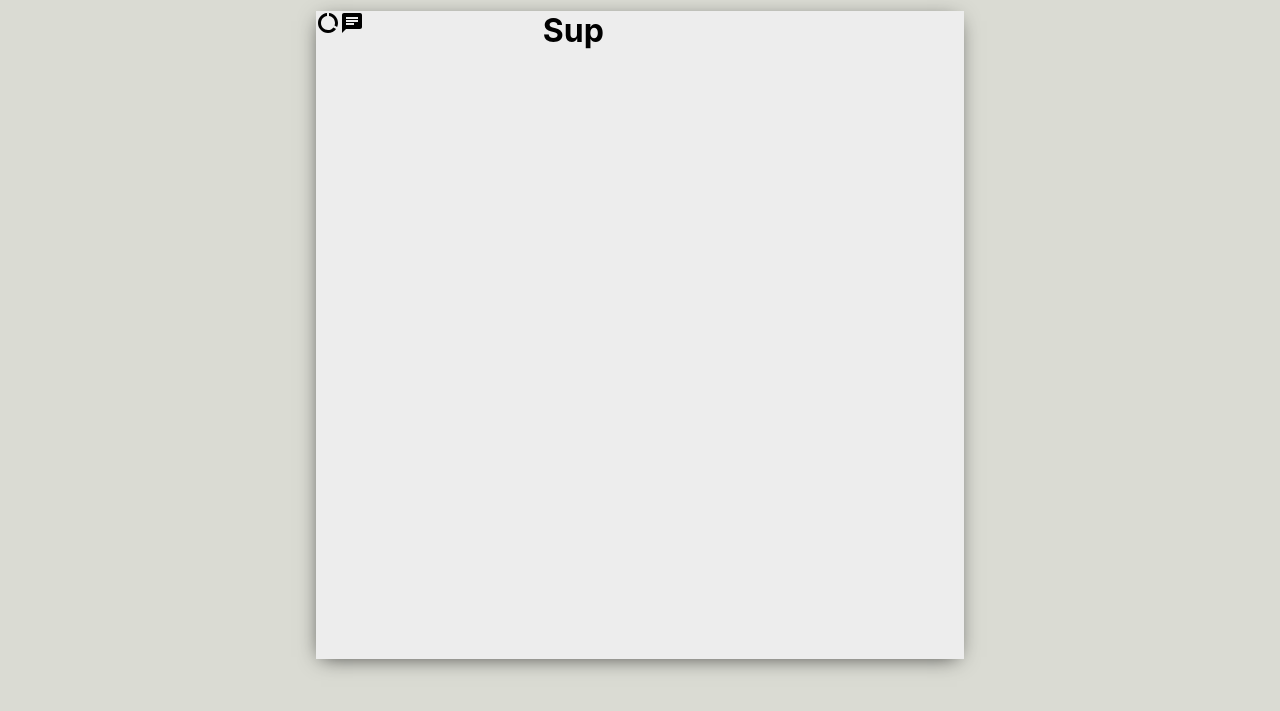
Repository: SayedJamil/WhatsappClone
Page: /
An editor plug-in stored every save of this project. The page is shown before and after a run of saves, followed by the edit.
The browser window is 1280 px wide. The pictures show the whole page.
The project was rebuilt for these pictures with package versions that can differ from the ones it lists, and the page was loaded fresh each time.

Above is the page before, as saved 2021-06-22 22:54:01.

### src/App.js
import React from 'react';
import './App.css';
import Sidebar from './Sidebar';
import Chat from './Chat'
function App() {
  return (
    <div className="app">
      <div className="app_body">
        <Sidebar />
        <Chat />
      </div>

    </div>
  );
}

export default App;

### src/App.css
* {
  margin: 0;
  bottom: 0;
}

.app {
  display: grid;
  place-items: center;
  height: 100vh;
  background-color: #dadbd3;
}

.app_body {
  display: flex;
  background-color: #ededed;
  margin-top: -50px;
  height: 90vh;
  width: 90vh;
  box-shadow: -1px 4px 20px -6px rgba(0, 0, 0, 0.75);
}

### src/Sidebar.js
import React from 'react'
import './Sidebar.css'
import DataUsageIcon from '@material-ui/icons/DataUsage';
import ChatIcon from '@material-ui/icons/Chat';

function Sidebar() {
    return (
        <div className="sidebar">
            <div className="sidebar_header">
                <div className="siderbar_headrright">

                    <DataUsageIcon />
                    <ChatIcon />
                </div>
            </div>
        </div>
    )
}

export default Sidebar

### src/Chat.js
import React from 'react'
import './Chat.css'
function Chat() {
    return (
        <div className="chat">
            <h1>Sup</h1>
        </div>
    )
}

export default Chat

### src/Sidebar.css
.sidebar {
  display: flex;
  flex-direction: column;
  flex: 0.35;
}

### src/Chat.css
.chat {
  display: flex;
  flex-direction: column;
  flex: 0.65;
}

Loaded but not shown: public/index.html (common file); src/index.js (common file); src/index.css (common file)

After the next 6 saves:
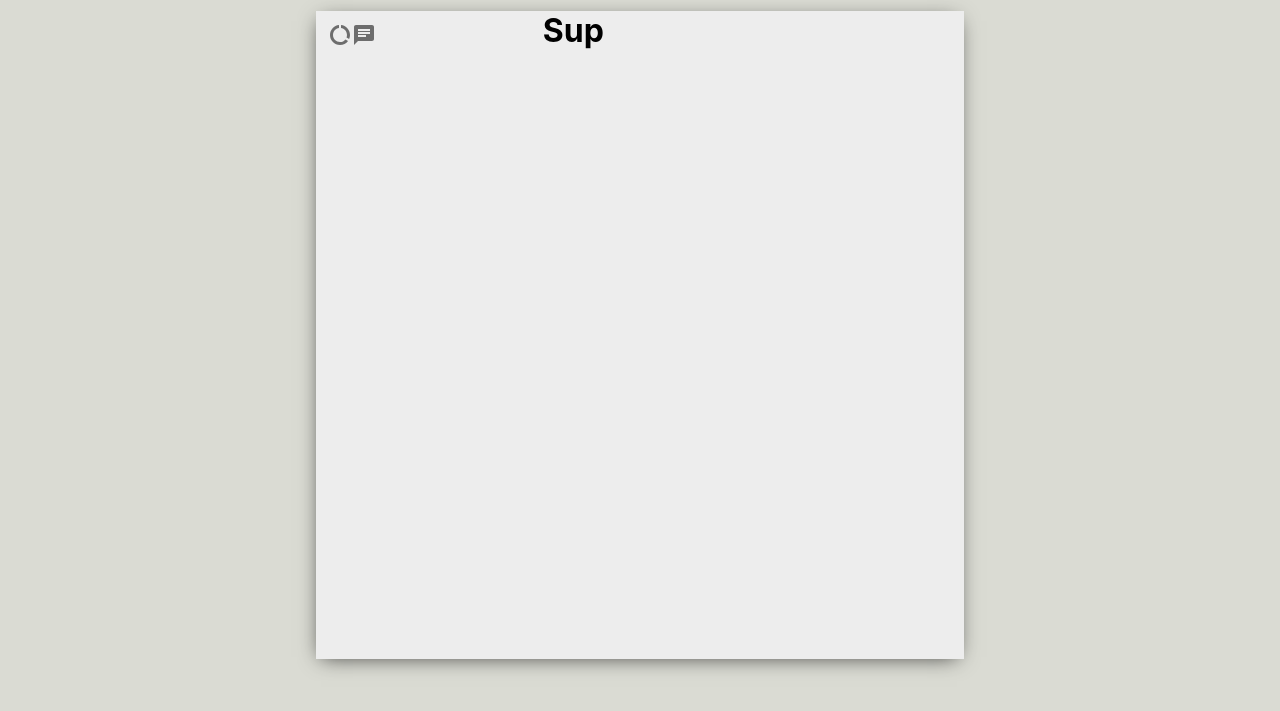
The 6 saves are shown as one change because 2 did not build or start and some came seconds apart.
The last was saved 29 s later.
--- a/src/Sidebar.js
+++ b/src/Sidebar.js
@@ -2,15 +2,18 @@ import React from 'react'
 import './Sidebar.css'
 import DataUsageIcon from '@material-ui/icons/DataUsage';
 import ChatIcon from '@material-ui/icons/Chat';
+import { IconButton } from '@material-ui/core';
 
 function Sidebar() {
     return (
         <div className="sidebar">
             <div className="sidebar_header">
                 <div className="siderbar_headrright">
+                    <IconButton>
+                        <DataUsageIcon />
+                        <ChatIcon />
+                    </IconButton>
 
-                    <DataUsageIcon />
-                    <ChatIcon />
                 </div>
             </div>
         </div>
